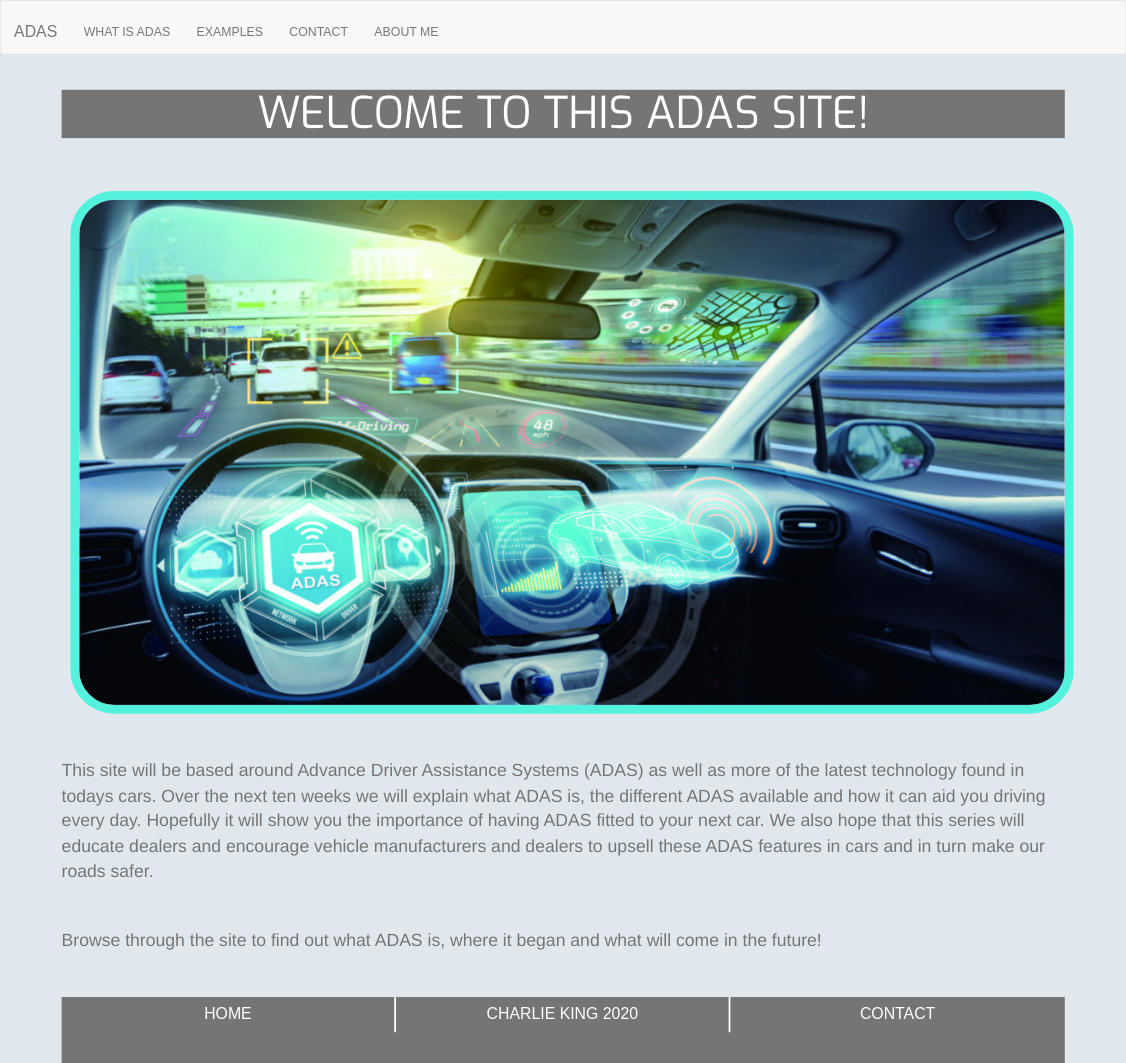
Repository: Cha-K28/First-Milestone-Project
Page: index.html
The author's editor kept a record of every edit. The page is drawn from the files as they stood at one moment, then again after the next edit.
The browser window is 1280 px wide. The pictures show the whole page, at 88% of full size.

Above is the page before.

After the next edit:
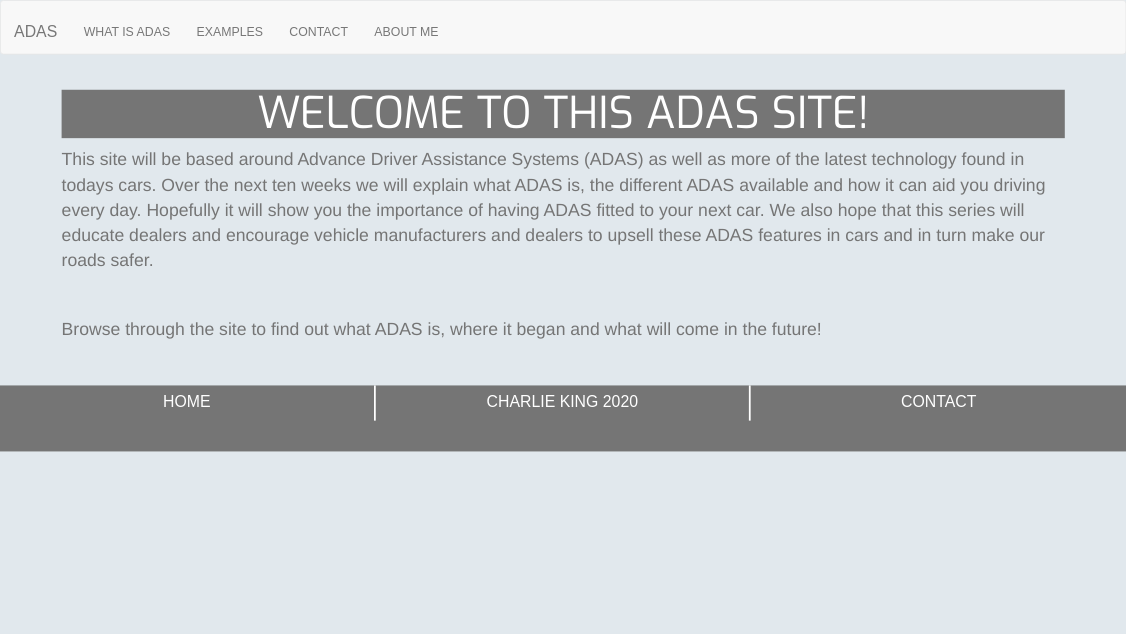
The edit:
--- a/index.html
+++ b/index.html
@@ -39,16 +39,14 @@
             <h1>Welcome to this ADAS site!</h1>
         </div>
 
-        <div class="background-image">
-            <img class="back-image" src="images/background.png"></img>
-            <p>
-                This site will be based around Advance Driver Assistance Systems (ADAS) as well as more of the latest technology found in todays cars. Over the next ten weeks we will explain what ADAS is, the different ADAS available and how it can aid you driving every
-                day. Hopefully it will show you the importance of having ADAS fitted to your next car. We also hope that this series will educate dealers and encourage vehicle manufacturers and dealers to upsell these ADAS features in cars and in turn
-                make our roads safer.
-            </p>
-            <p>
-                Browse through the site to find out what ADAS is, where it began and what will come in the future!
-            </p>
+        <p>
+            This site will be based around Advance Driver Assistance Systems (ADAS) as well as more of the latest technology found in todays cars. Over the next ten weeks we will explain what ADAS is, the different ADAS available and how it can aid you driving every
+            day. Hopefully it will show you the importance of having ADAS fitted to your next car. We also hope that this series will educate dealers and encourage vehicle manufacturers and dealers to upsell these ADAS features in cars and in turn
+            make our roads safer.
+        </p>
+        <p>
+            Browse through the site to find out what ADAS is, where it began and what will come in the future!
+        </p>
 
     </div>
 
